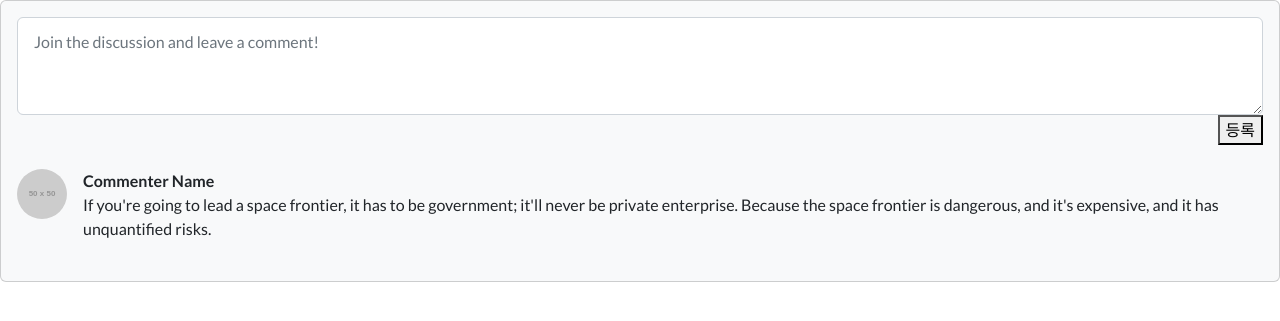
Repository: cmg9707/Devfox-spring-project
Page: http://localhost/DevJUS/WEB-INF/views/JUS/TestComment.jsp
An editor plug-in stored every save of this project. The page is shown before and after the next save, followed by the edit.
The browser window is 1280 px wide. The pictures show the whole page.
The page is served by Tomcat 9. Nobody is signed in. Other server files are loaded and not shown. The template is opened directly, without the code that normally fills it, so the values that code supplies are empty.

Above is the page before, as saved 2023-04-11 01:07:14.

### DevJUS/src/main/webapp/WEB-INF/views/JUS/TestComment.jsp
<%@ page language="java" contentType="text/html; charset=UTF-8"
    pageEncoding="UTF-8"%>
<!DOCTYPE html>
<html>
<head>
<meta charset="UTF-8">
		<!-- Bootstrap ! -->
  		<link href="https://cdn.jsdelivr.net/npm/bootstrap@5.3.0-alpha3/dist/css/bootstrap.min.css" rel="stylesheet" integrity="sha384-KK94CHFLLe+nY2dmCWGMq91rCGa5gtU4mk92HdvYe+M/SXH301p5ILy+dN9+nJOZ" crossorigin="anonymous">
        <script src="https://cdn.jsdelivr.net/npm/bootstrap@5.3.0-alpha3/dist/js/bootstrap.bundle.min.js" integrity="sha384-ENjdO4Dr2bkBIFxQpeoTz1HIcje39Wm4jDKdf19U8gI4ddQ3GYNS7NTKfAdVQSZe" crossorigin="anonymous"></script>
        <!-- Google fonts-->
        <link href="https://fonts.googleapis.com/css?family=Lato:300,400,700,300italic,400italic,700italic" rel="stylesheet" type="text/css" />
        <!-- Core theme CSS (includes Bootstrap)-->
        <link rel="stylesheet" href="/resources/css/styles.css">
<title>Insert title here</title>
</head>
<body>
	 <!-- Comments section-->
         <section class="mb-5">
            <div class="card bg-light">
               <div class="card-body">
                  <!-- Comment form-->
                     <form class="mb-4"><textarea class="form-control" rows="3" placeholder="Join the discussion and leave a comment!"></textarea>
                          <div style="text-align: right;">
                           <button type="button">등록</button>
                            </div>
                       </form>
                         <!-- Comment with nested comments-->

                         <div class="d-flex mb-4">
                              <!-- Parent comment-->
                          <div class="flex-shrink-0"><img class="rounded-circle" src="https://dummyimage.com/50x50/ced4da/6c757d.jpg" alt="..." /></div>
                                <div class="ms-3">
                                   <div class="fw-bold">Commenter Name</div>
                                        If you're going to lead a space frontier, it has to be government; it'll never be private enterprise. Because the space frontier is dangerous, and it's expensive, and it has unquantified risks.
                                    </div>
                                </div>

                            </div>
                        </div>
                    </section>
</body>
</html>

Loaded but not shown: DevJUS/src/main/webapp/resources/css/styles.css (library)

After the next save:
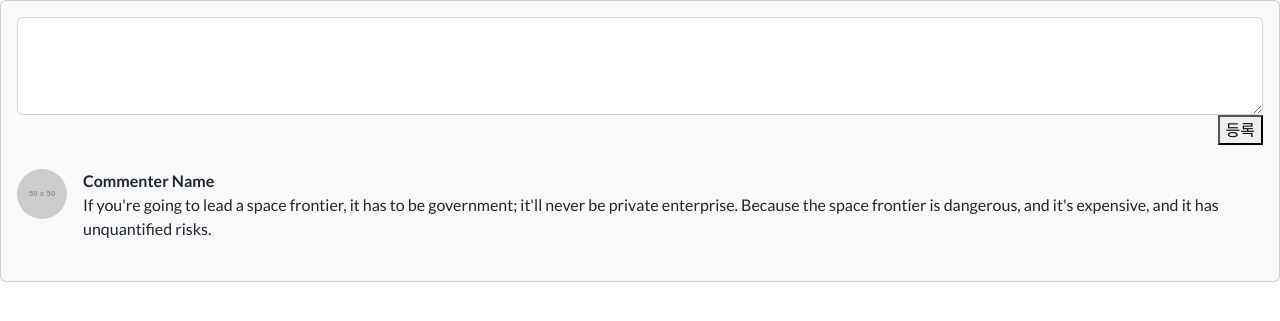
Saved 80 s later.
--- a/DevJUS/src/main/webapp/WEB-INF/views/JUS/TestComment.jsp
+++ b/DevJUS/src/main/webapp/WEB-INF/views/JUS/TestComment.jsp
@@ -19,7 +19,7 @@
             <div class="card bg-light">
                <div class="card-body">
                   <!-- Comment form-->
-                     <form class="mb-4"><textarea class="form-control" rows="3" placeholder="Join the discussion and leave a comment!"></textarea>
+                     <form class="mb-4"><textarea class="form-control" rows="3" ></textarea>
                           <div style="text-align: right;">
                            <button type="button">등록</button>
                             </div>
